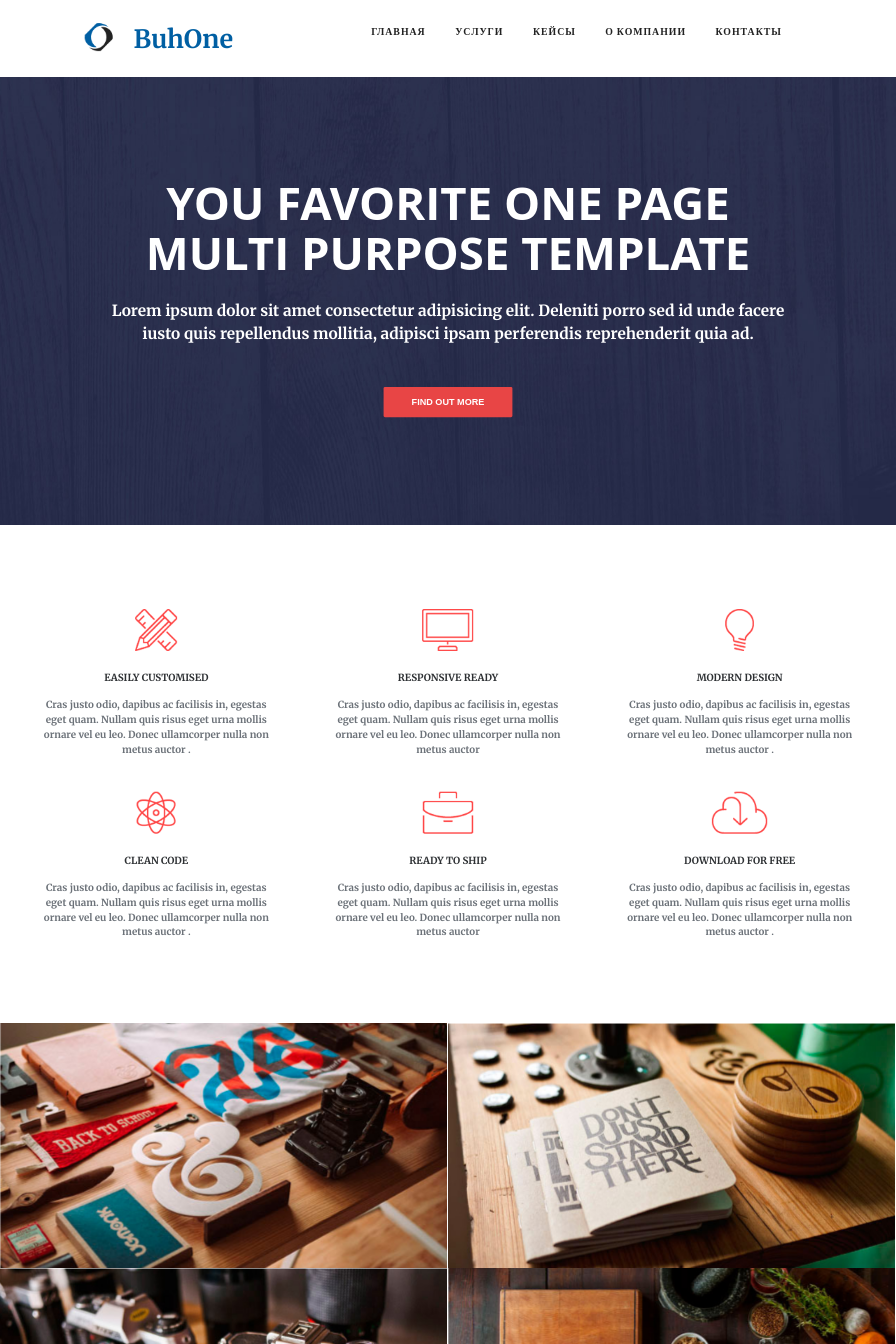
Repository: ZetsubouBilly/test
Page: index.html
An editor plug-in stored every save of this project. The page is shown before and after a run of saves, followed by the edit.
The browser window is 1280 px wide. The pictures show the part of the page from y = 0 to 1920 px (the page is 4929 px tall), at 70% of full size.

Above is the page before, as saved 2023-05-13 12:30:58.

After the next 2 saves:
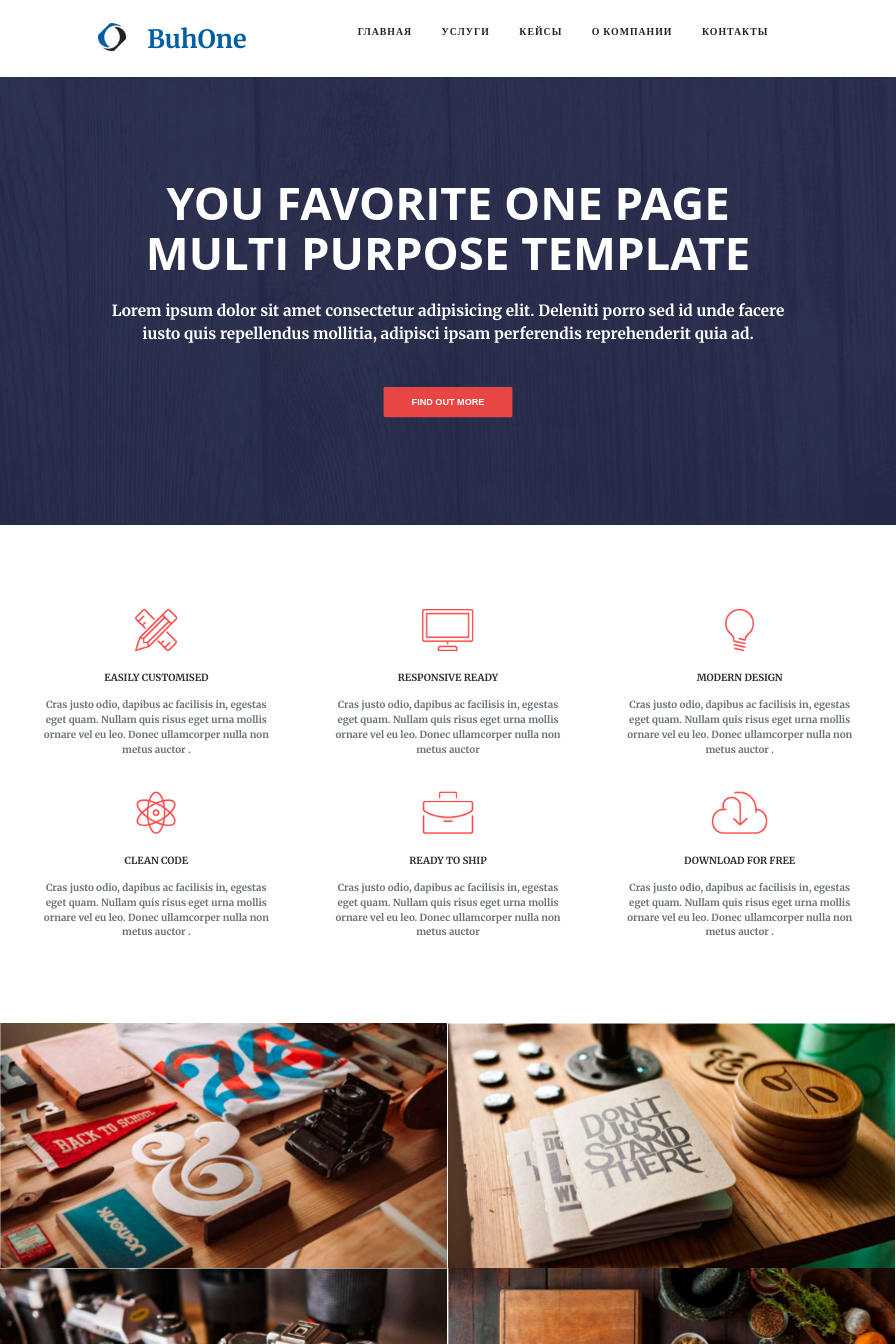
The 2 saves are shown as one change because they came seconds apart.
The last was saved 5 s later.
--- a/index.html
+++ b/index.html
@@ -34,17 +34,17 @@
                     </div>
                 </div>
                 <div class="header__inner_r">
-
-                </div>
-
-
-                <nav class="nav" id="nav">
-                    <a class="nav__link" href="#" data-scroll="#features">Главная</a>
-                    <a class="nav__link" href="#" data-scroll="#works">Услуги</a>
-                    <a class="nav__link" href="#" data-scroll="#team">Кейсы</a>
-                    <a class="nav__link" href="#" data-scroll="#reviews">О компании</a>
-                    <a class="nav__link" href="#" data-scroll="#download">Контакты</a>
-                </nav>
+                    <nav class="nav" id="nav">
+                        <a class="nav__link" href="#" data-scroll="#features">Главная</a>
+                        <a class="nav__link" href="#" data-scroll="#works">Услуги</a>
+                        <a class="nav__link" href="#" data-scroll="#team">Кейсы</a>
+                        <a class="nav__link" href="#" data-scroll="#reviews">О компании</a>
+                        <a class="nav__link" href="#" data-scroll="#download">Контакты</a>
+                    </nav>
+                </div>
+
+
+
 
                 <button class="burger" type="button" id="navToggle">
                     <span class="burger__item">Menu</span>
